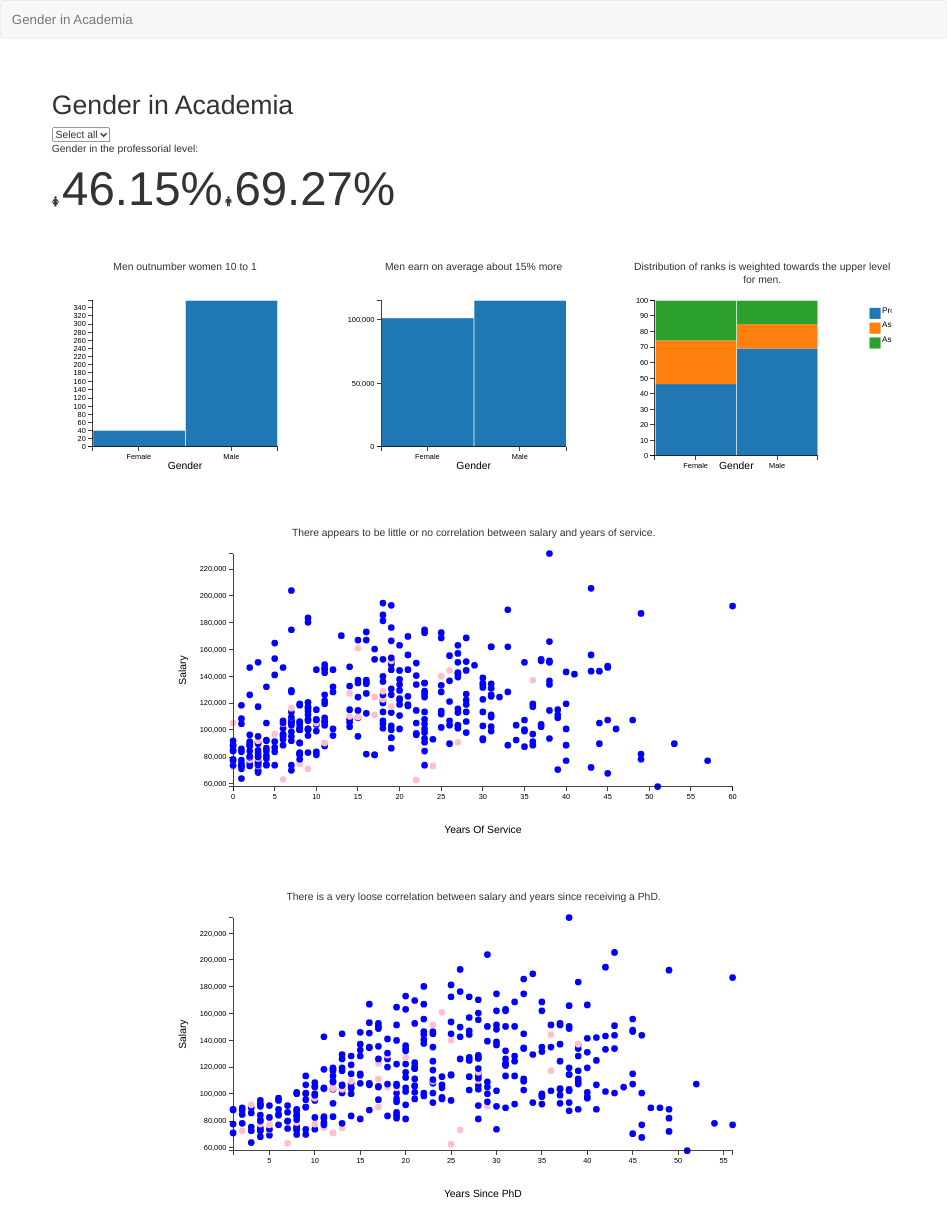
Repository: kescardoso/dashboard
Page: index.html
The author's editor kept a record of every edit. The page is drawn from the files as they stood at one moment, then again after the next edit.
The browser window is 1280 px wide. The pictures show the whole page, at 74% of full size.

Above is the page before.

After the next edit:
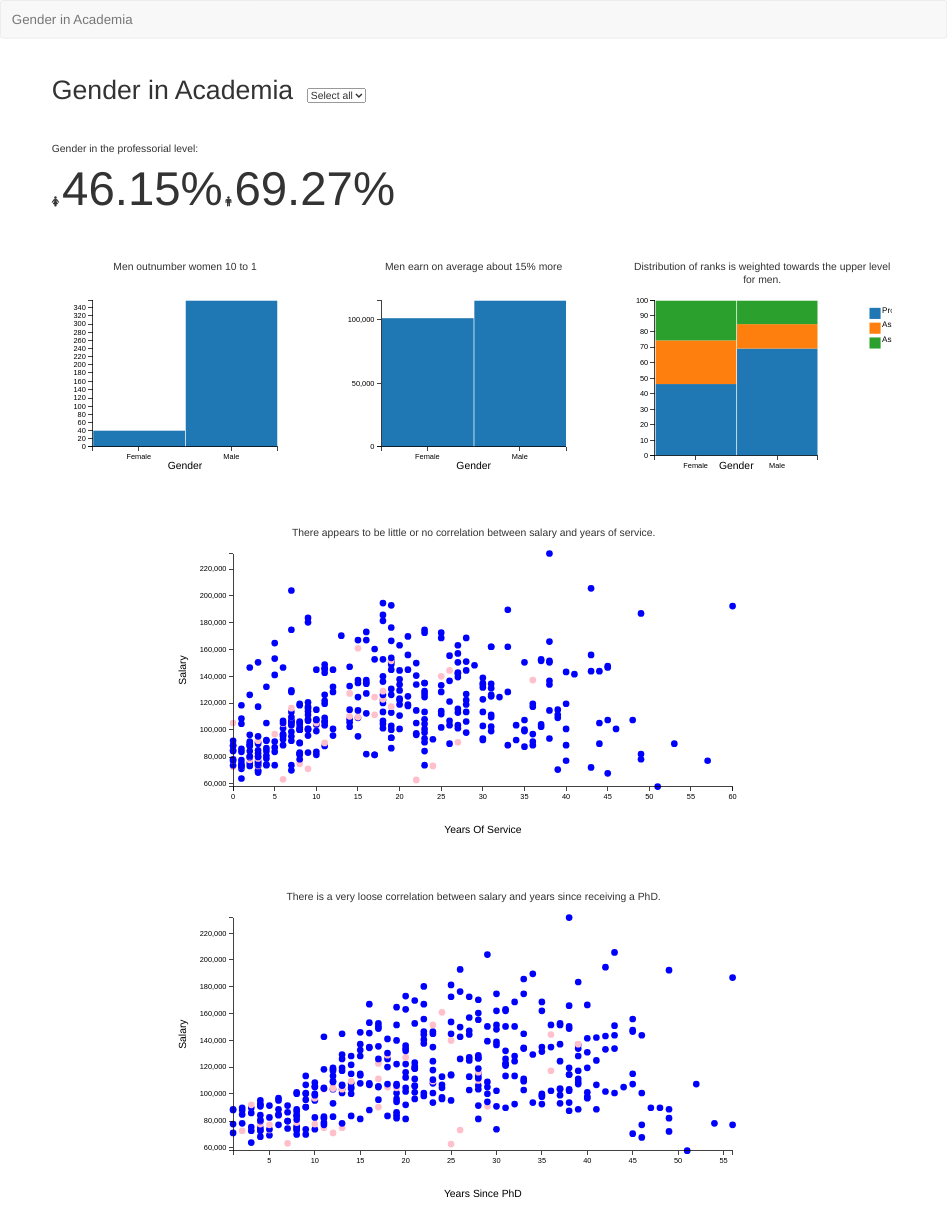
The edit:
--- a/static/css/style.css
+++ b/static/css/style.css
@@ -14,6 +14,20 @@
     padding: 30px 0;
 }
 
+.section-heading, #discipline-selector {
+    display: inline-block;
+    float: none;
+    margin:0;
+}
+
+.section-heading {
+    margin-bottom: 50px;
+}
+
+#discipline-selector {
+    margin-left: 15px;
+}
+
 .section-paragraph {
     line-height: 1.2;
 }
